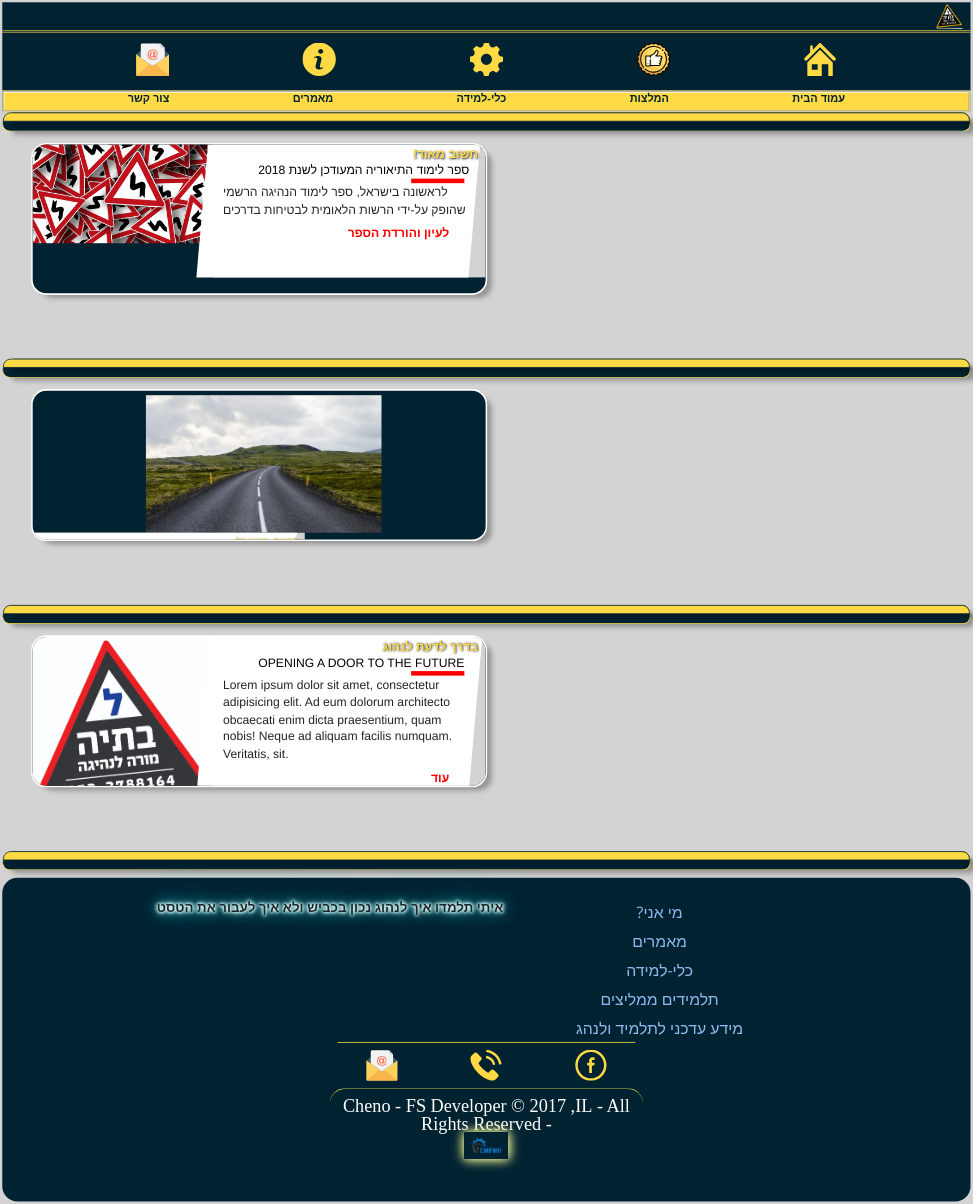
Repository: ChenGinsberg/BatyaLamed-site
Page: index.html
The author's editor kept a copy of each file at every save. The page is drawn from the files as they stood at one save, then again after the next save.
The browser window is 1280 px wide. The pictures show the whole page, at 76% of full size.
Some web libraries are served in a nearby version.

Above is the page before, as saved 2017-11-27 09:24:33.

After the next save:
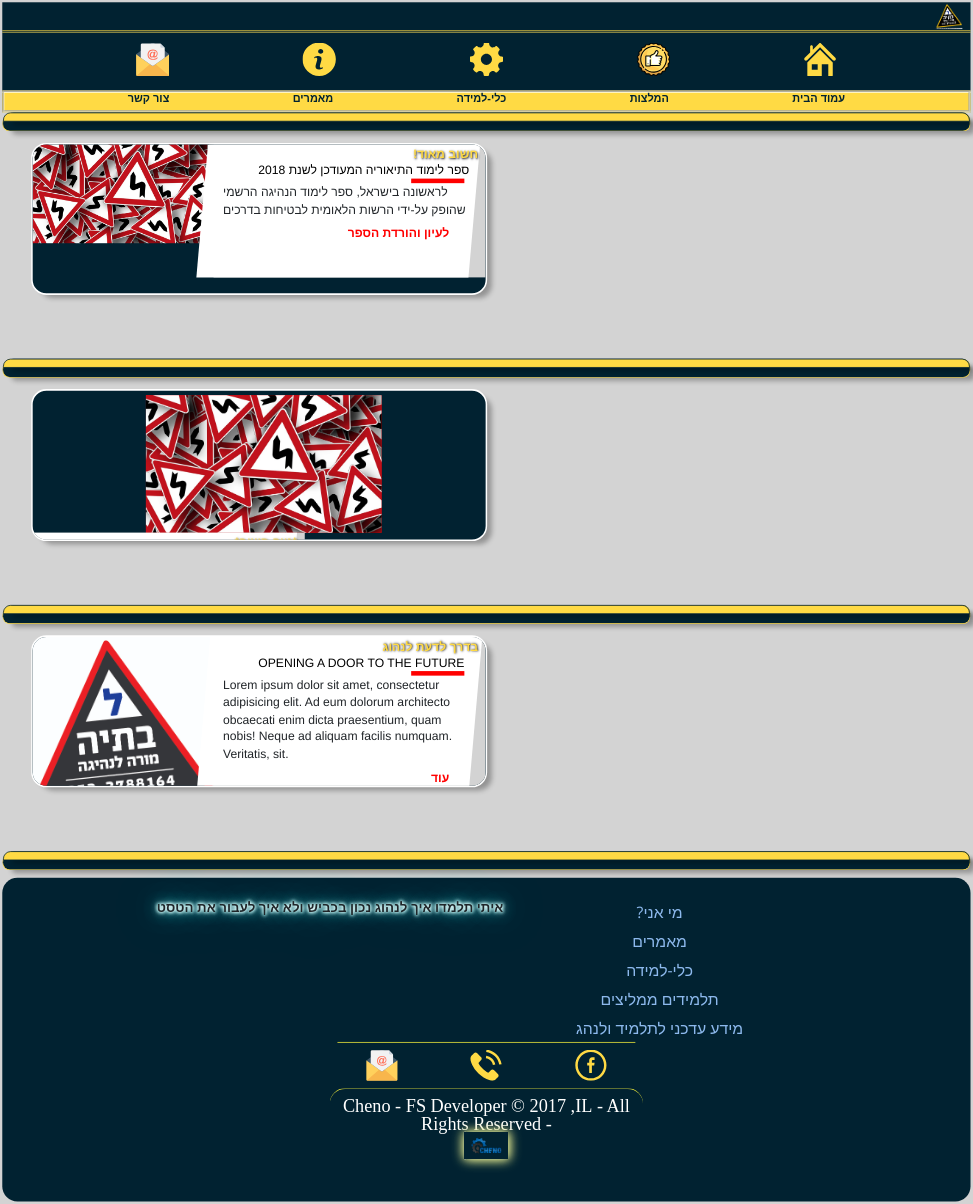
Saved 7 s later.
--- a/style/infoBox.css
+++ b/style/infoBox.css
@@ -41,7 +41,7 @@
 }
 
 .blog-card .photo2 {
-    background: url("../image/road-166543_640.jpeg");
+    background: url("../image/red-article.png") center no-repeat;
     background-color: red;
     background-size: cover;
     height: 181px;

After the save that followed:
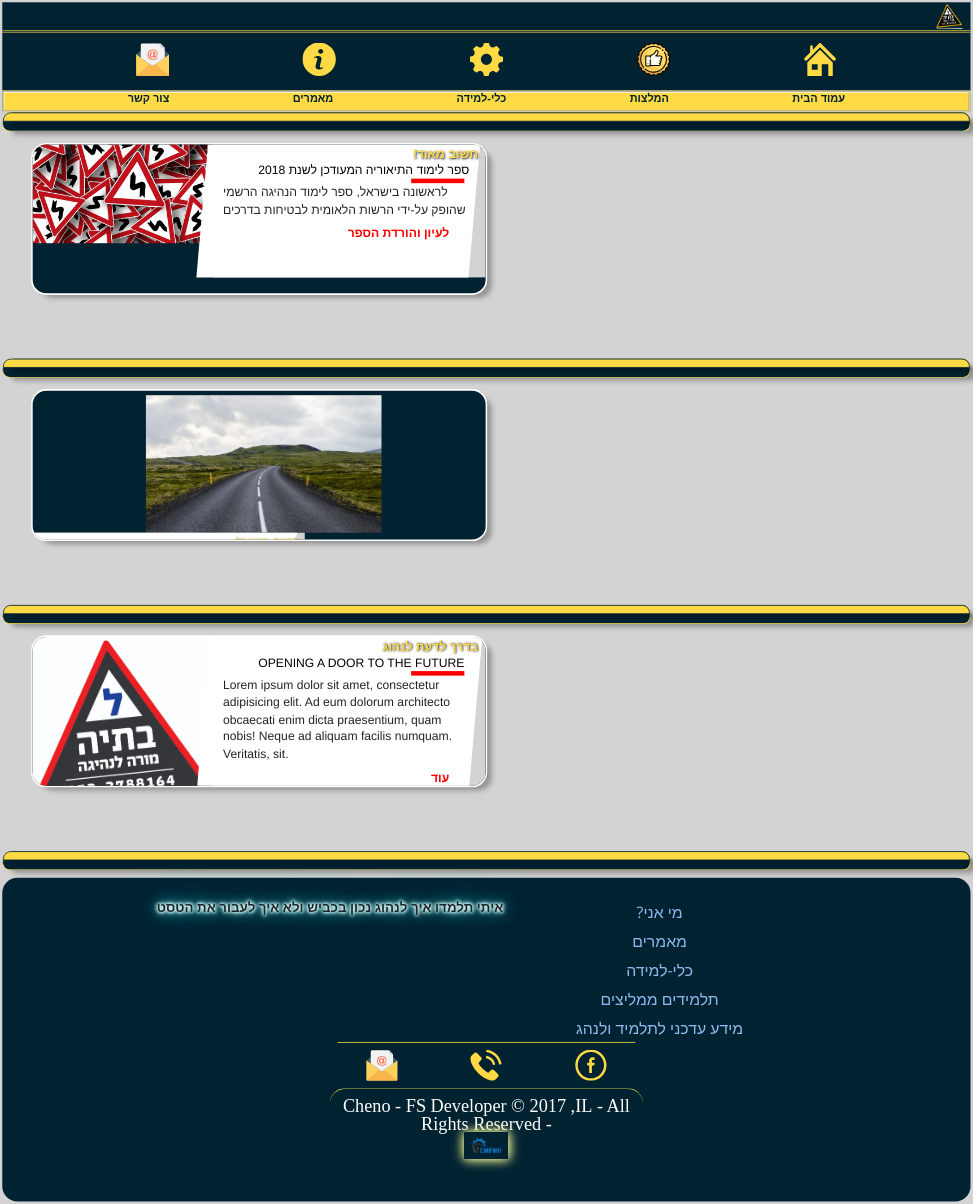
Saved 7 s later.
--- a/style/infoBox.css
+++ b/style/infoBox.css
@@ -41,7 +41,7 @@
 }
 
 .blog-card .photo2 {
-    background: url("../image/red-article.png") center no-repeat;
+    background: url("../image/road-166543_640.jpeg");
     background-color: red;
     background-size: cover;
     height: 181px;
